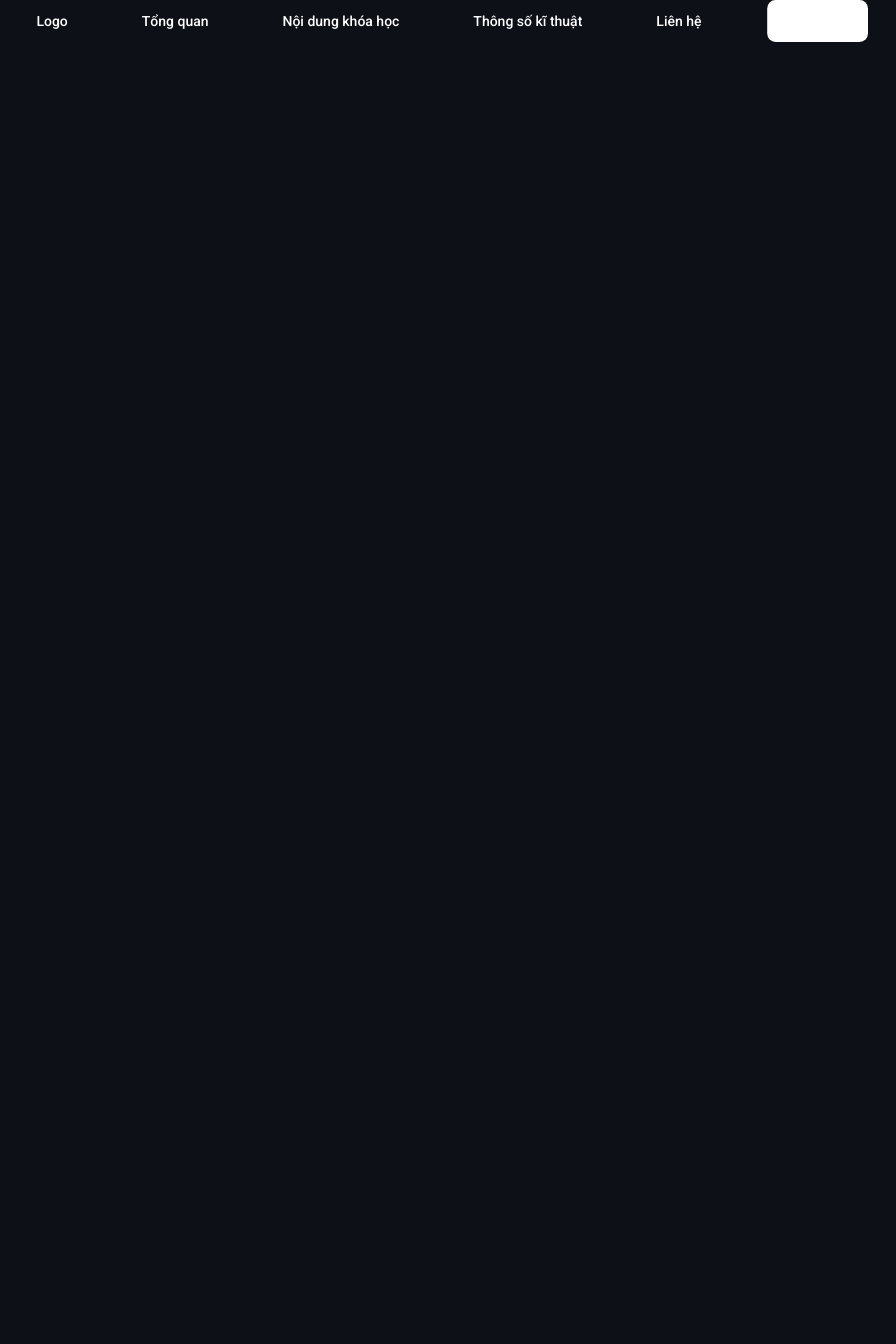
Repository: Dangtrinh28/landingpage
Page: index.html
The author's editor kept a copy of each file at every save. The page is drawn from the files as they stood at one save, then again after the next save.
The browser window is 1280 px wide. The pictures show the part of the page from y = 0 to 1920 px (the page is 3660 px tall), at 70% of full size.

Above is the page before, as saved 2023-02-21 14:28:01.

### index.html
<!DOCTYPE html>
<html lang="en">
<head>
    <meta charset="UTF-8">
    <meta http-equiv="X-UA-Compatible" content="IE=edge">
    <meta name="viewport" content="width=device-width, initial-scale=1.0">
    <title>Khóa học lập trình</title>
    <link rel="stylesheet" href="./styles/main.css">
</head>
<body>
    <div class="container">
        <header>
            <div class="header__logo">
               <a href="" class="header___link"><img src="" alt="" class="header__img">Logo</a>
            </div>

                <li class="header__item"><a href="" class="header___link">Tổng quan</a></li>
                <li class="header__item"><a href="" class="header___link">Nội dung khóa học</a></li>
                <li class="header__item"><a href="" class="header___link">Thông số kĩ thuật</a></li>
                <li class="header__item"><a href="" class="header___link">Liên hệ</a></li>

                <button class="btn header___link">Học thử ngay</button>
        </header>

        <section></section>
        <section></section>
        <section></section>
        <section></section>
        <section></section>

        <footer>

        </footer>
    </div>
</body>
</html>

### styles/main.css
@import url('https://fonts.googleapis.com/css2?family=Roboto:wght@300;400;500;700&display=swap');

* {
    padding: 0;
    margin: 0;
}

:root {
    --bg-color: #0E1018;
    --text-color : #000000;
    --btn-color: #ffffff;
}

html {
    font-size: 62.5%;
}

body {
    font-family: 'Roboto', sans-serif;
    background-color: var(--bg-color);
}

.mt-2 {
    margin-top: 2rem;
}

.container {
    width: 1200px;
    max-width: 100%;
    margin: 0 auto;
}

.row {
    display: flex;
}

.col-6 {
    width: 50%;
}

section {
    height: 100vh;
}

.btn {
    text-decoration: none;
    border: none;
    outline: none;
    background-color: var(--btn-color);
    color: var(--bg-color);
    height: 60px;
    padding: 20px 30px;
    border-radius: 12px;
}
/* header */
header {
    display: flex;
    justify-content: space-between;
    align-items: center;
    height:60px;
}

.header__logo {

}

.header__list {

}

.header__item {
    display: inline-block;
}

.header___link {
    color: #fff;
    text-decoration: none;
    font-size: 2rem;
    font-weight: 500;
    padding: 8px 12px;
}

After the next save:
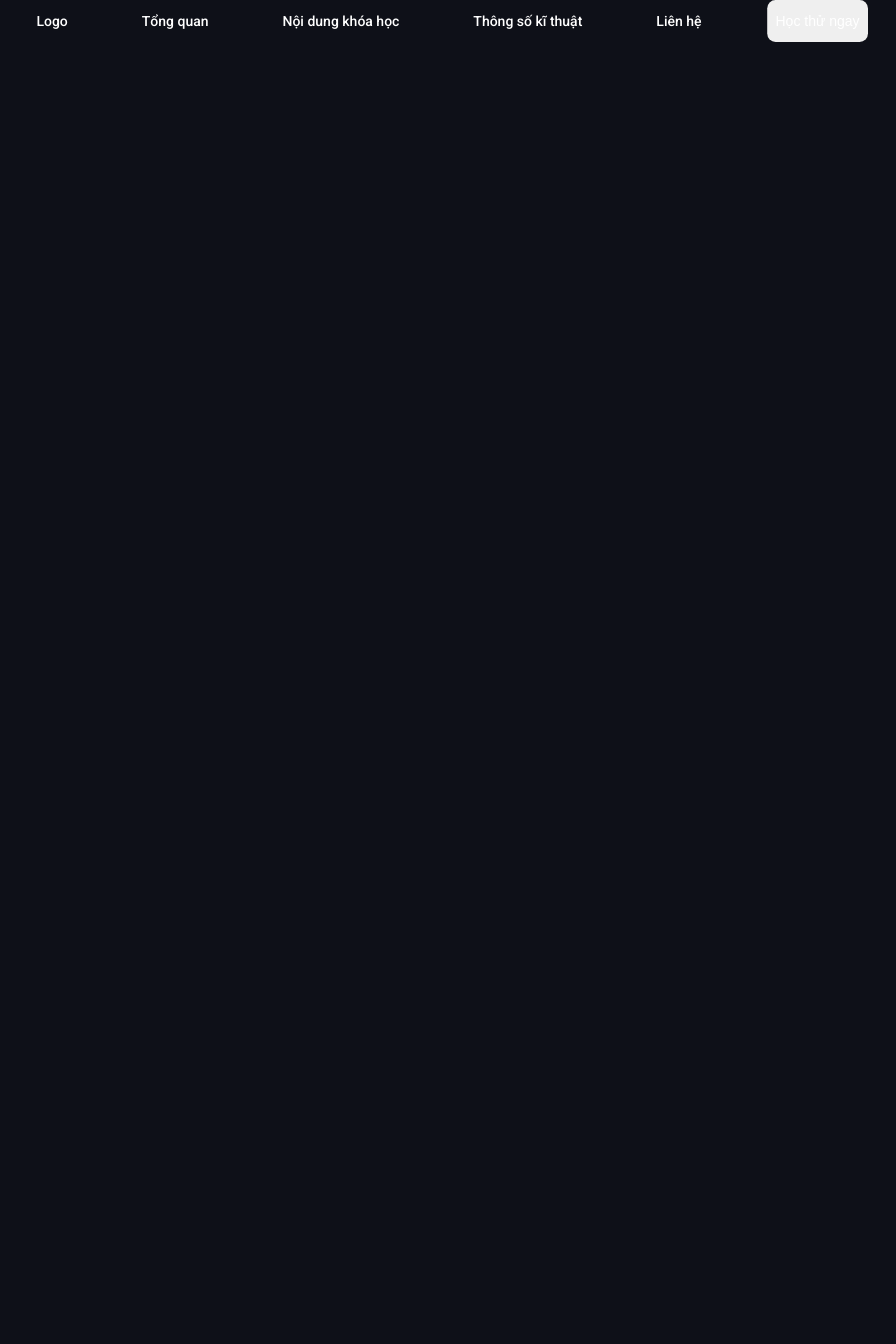
Saved 9 s later.
--- a/styles/main.css
+++ b/styles/main.css
@@ -46,8 +46,6 @@
     text-decoration: none;
     border: none;
     outline: none;
-    background-color: var(--btn-color);
-    color: var(--bg-color);
     height: 60px;
     padding: 20px 30px;
     border-radius: 12px;
